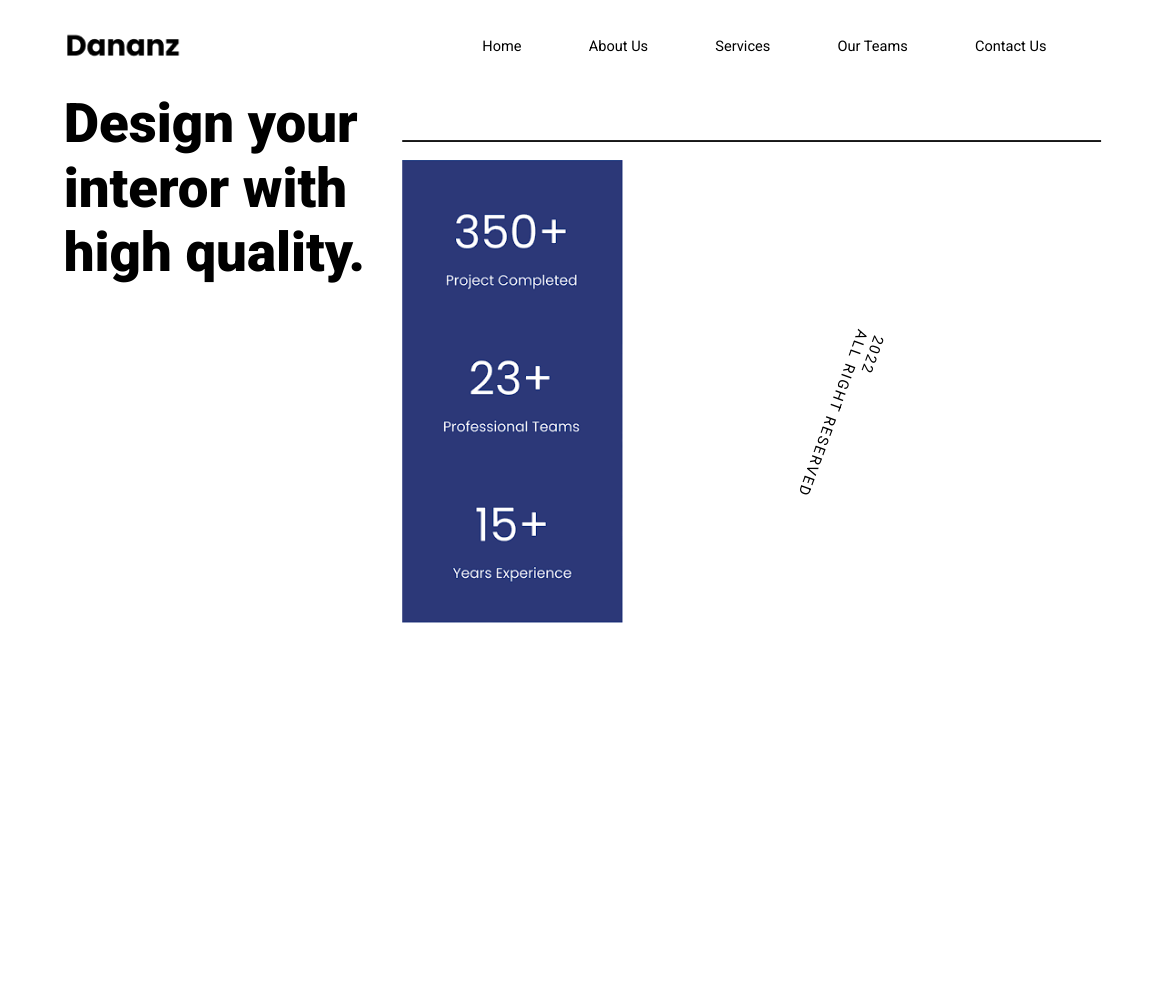
Repository: AsadKasimov/disain
Page: index.html
An editor plug-in stored every save of this project. The page is shown before and after a run of saves, followed by the edit.
The browser window is 1280 px wide. The pictures show the whole page, at 91% of full size.

Above is the page before, as saved 2023-04-20 12:41:42.

After the next 3 saves:
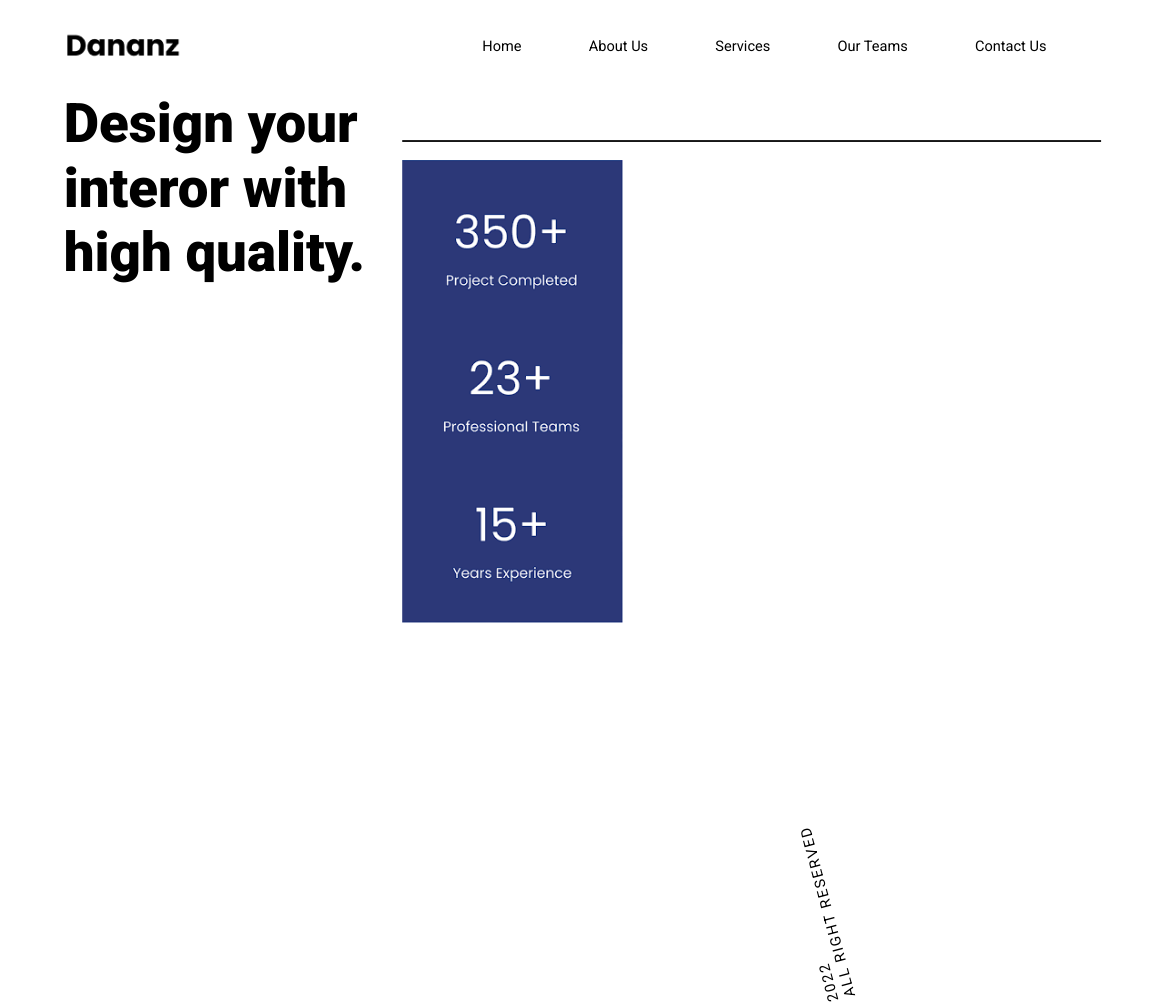
The 3 saves are shown as one change because they came seconds apart.
The last was saved 11 s later.
--- a/style.css
+++ b/style.css
@@ -149,7 +149,7 @@ hr.text-line-l{
   text-transform: uppercase;
   letter-spacing: 2px;
 
-  transform: rotate(110deg);
+  transform: rotate(-105deg);
 }
 
 @media (max-width: 700px) {
